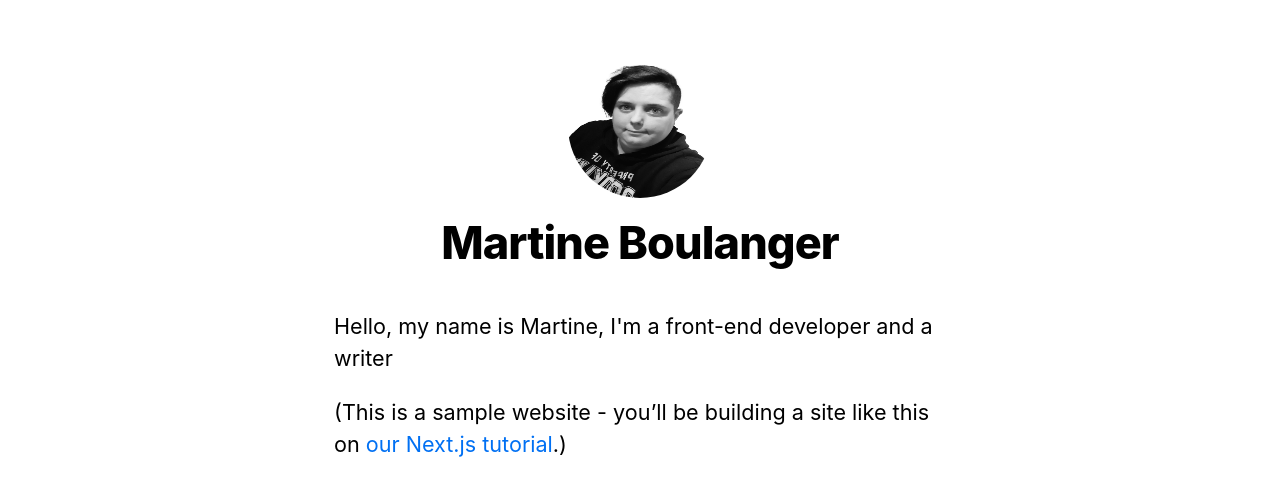
Repository: MartineBoulanger/nextjs-blog
Page: /
These files come from the project's save history. The page is drawn as it stood at one moment and after a run of saves; the edit follows.
The browser window is 1280 px wide. The pictures show the whole page.
The project was rebuilt for these pictures with package versions that can differ from the ones it lists, and the page was loaded fresh each time. The framework's server and built-in components were replaced by stand-ins that run in the browser. Also part of the build but not shown: next.config.js.

Above is the page before, as saved 2022-07-19 15:18:07.

### pages/_app.js
import '../styles/global.css';

const App = ({ Component, pageProps }) => {
  return <Component {...pageProps} />;
};

export default App;

### pages/index.js
import Head from 'next/head';
import Layout, { siteTitle } from '../components/layout';
import utilStyles from '../styles/utils.module.css';

export default function Home() {
  return (
    <Layout home>
      <Head>
        <title>{siteTitle}</title>
      </Head>
      <section className={utilStyles.headingMd}>
        <p>Hello, my  name is Martine, I'm a front-end developer and a writer</p>
        <p>
          (This is a sample website - you’ll be building a site like this on{' '}
          <a href='https://nextjs.org/learn'>our Next.js tutorial</a>.)
        </p>
      </section>
    </Layout>
  );
}

### components/layout.js
import Head from 'next/head';
import Image from 'next/image';
import styles from './layout.module.css';
import utilStyles from '../styles/utils.module.css';
import Link from 'next/link';

const name = 'Martine Boulanger';
export const siteTitle = 'Next.js Sample Website';

const Layout = ({ children, home }) => {
  return (
    <div className={styles.container}>
      <Head>
        <link rel='icon' href='/favicon.ico' />
        <meta
          name='description'
          content='Learn how to build a personal website using Next.js'
        />
        <meta
          property='og:image'
          content={`https://og-image.vercel.app/${encodeURI(
            siteTitle
          )}.png?theme=light&md=0&fontSize=75px&images=https%3A%2F%2Fassets.vercel.com%2Fimage%2Fupload%2Ffront%2Fassets%2Fdesign%2Fnextjs-black-logo.svg`}
        />
        <meta name='og:title' content={siteTitle} />
        <meta name='twitter:card' content='summary_large_image' />
      </Head>
      <header className={styles.header}>
        {home ? (
          <>
            <Image
              priority
              src='/images/martine_selfie.jpeg'
              className={utilStyles.borderCircle}
              height={144}
              width={144}
              alt={name}
            />
            <h1 className={utilStyles.heading2Xl}>{name}</h1>
          </>
        ) : (
          <>
            <Link href='/'>
              <a>
                <Image
                  priority
                  src='/images/martine_selfie.jpeg'
                  className={utilStyles.borderCircle}
                  height={108}
                  width={108}
                  alt={name}
                />
              </a>
            </Link>
            <h2 className={utilStyles.headingLg}>
              <Link href='/'>
                <a className={utilStyles.colorInherit}>{name}</a>
              </Link>
            </h2>
          </>
        )}
      </header>
      <main>{children}</main>
      {!home && (
        <div className={styles.backToHome}>
          <Link href='/'>
            <a>← Back to home</a>
          </Link>
        </div>
      )}
    </div>
  );
};

export default Layout;

Loaded but not shown: styles/global.css (common file); styles/utils.module.css (common file); components/layout.module.css (common file)

After the next 3 saves:
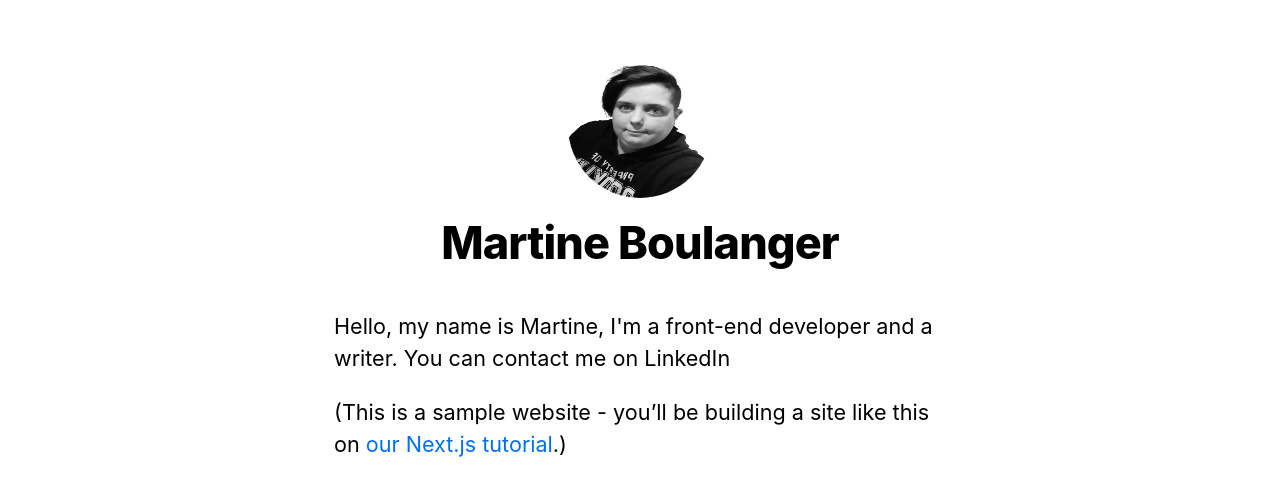
The 3 saves are shown as one change because they came seconds apart.
The last was saved 14 s later.
--- a/pages/index.js
+++ b/pages/index.js
@@ -9,7 +9,7 @@ export default function Home() {
         <title>{siteTitle}</title>
       </Head>
       <section className={utilStyles.headingMd}>
-        <p>Hello, my  name is Martine, I'm a front-end developer and a writer</p>
+        <p>Hello, my name is Martine, I'm a front-end developer and a writer. You can contact me on LinkedIn</p>
         <p>
           (This is a sample website - you’ll be building a site like this on{' '}
           <a href='https://nextjs.org/learn'>our Next.js tutorial</a>.)
